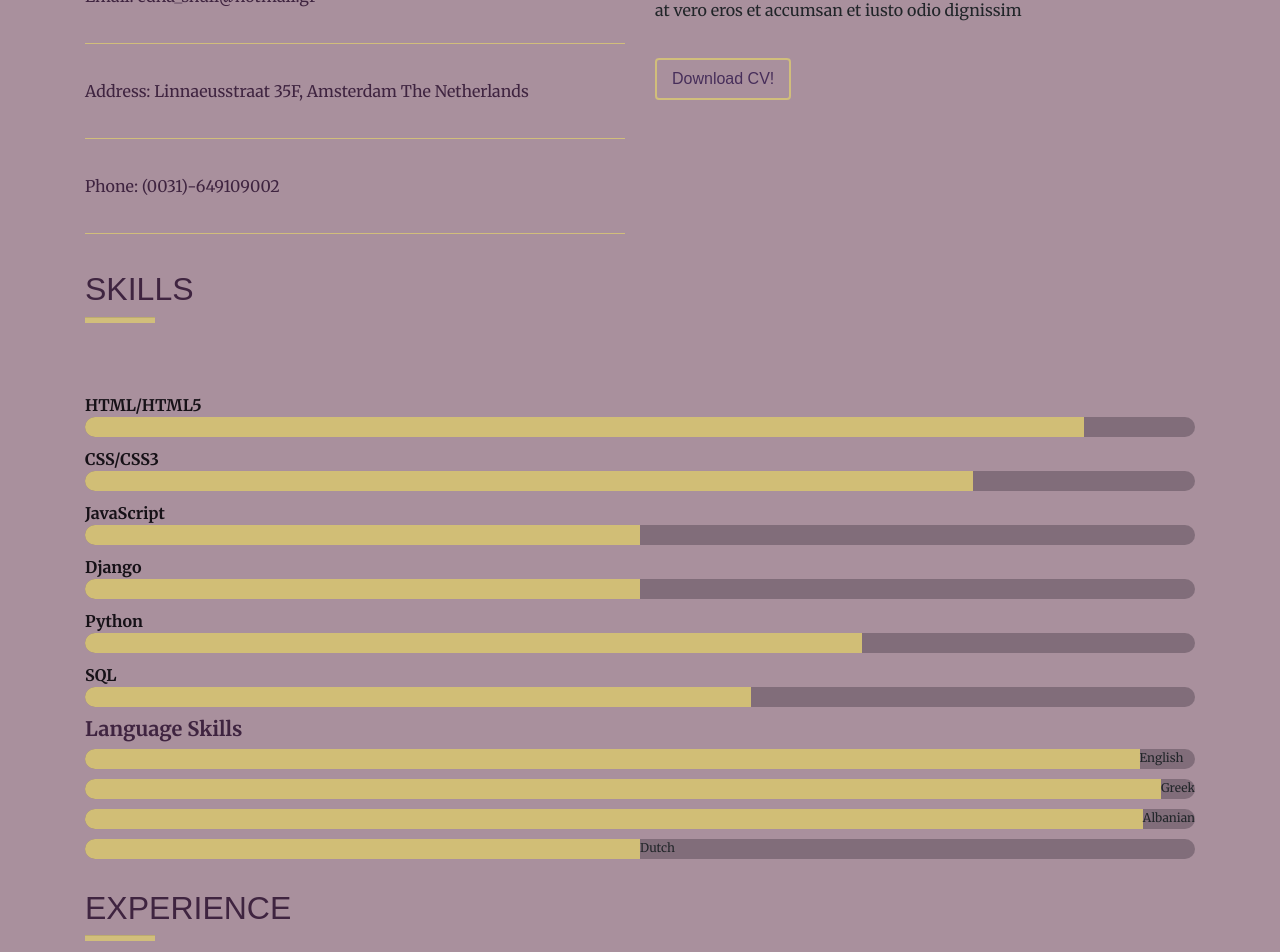
Repository: edshuli/Portfolio
Page: index.html
The author's editor kept a record of every edit. The page is drawn from the files as they stood at one moment, then again after the next edit.
The browser window is 1280 px wide. The pictures show the part of the page from y = 958 to 1910 px (the page is 2076 px tall before and 2177 px after).
Backgrounds fixed to the window are drawn as part of the page. Some web fonts or font styles are not loaded; a fallback is used.

Above is the page before.

After the next edit:
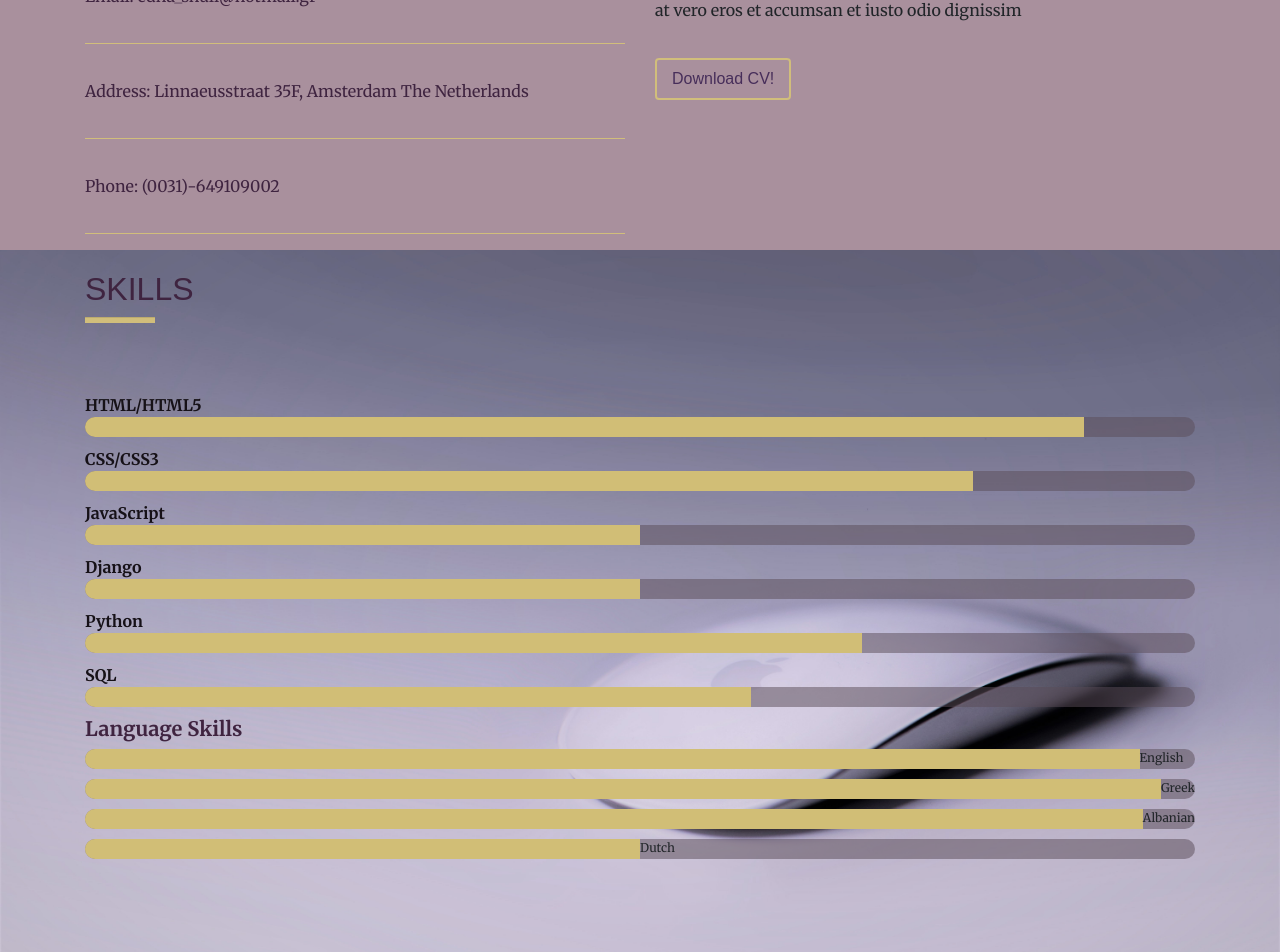
The edit:
--- a/assets/css/style.css
+++ b/assets/css/style.css
@@ -183,7 +183,15 @@
 
 
 /*--------------------------------------SKILLS --------*/
-
+.skills {
+     height: 100vh;
+    background: url(../images/skillslogo/logo3.jpg) no-repeat center center fixed;
+    -webkit-background-size: cover;
+    -moz-background-size: cover;
+    -o-background-size: cover;
+    background-size: cover;
+    background-color: rgba(225, 225, 225, 0.28);
+}
 
 .skills-item-container{
     margin-top:50px;
